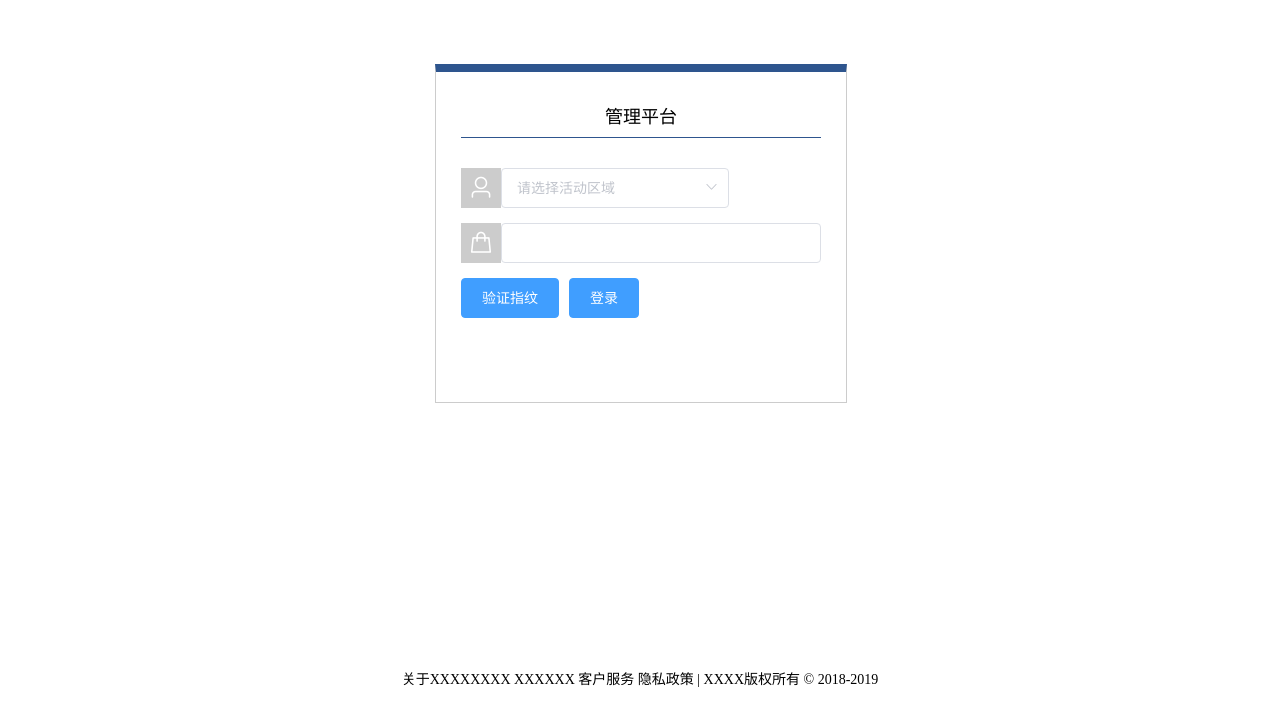
Repository: lff528/man_system
Page: /
An editor plug-in stored every save of this project. The page is shown before and after the next save, followed by the edit.
The browser window is 1280 px wide. The pictures show the whole page.
The project was rebuilt for these pictures with package versions that can differ from the ones it lists, and the page was loaded fresh each time.

Above is the page before, as saved 2020-01-03 13:36:02.

### index.html
<!DOCTYPE html>
<html>
  <head>
    <meta charset="utf-8">
    <meta name="viewport" content="width=device-width,initial-scale=1.0">
    <title>emcsWebUI</title>
  </head>
  <body>
    <div id="app"></div>
    <!-- built files will be auto injected -->
  </body>
</html>

### src/main.js
// The Vue build version to load with the `import` command
// (runtime-only or standalone) has been set in webpack.base.conf with an alias.
import Vue from 'vue'
import App from './App'
import router from './router'
import ElementUI from 'element-ui';
import 'element-ui/lib/theme-chalk/index.css';
import "./assets/css/reset.css";
// import "./assets/css/iconfont.css"
Vue.use(ElementUI);
Vue.config.productionTip = false

/* eslint-disable no-new */
new Vue({
  el: '#app',
  router,
  components: { App },
  template: '<App/>'
})

### src/router/index.js
import Vue from 'vue'
import Router from 'vue-router'
import login from '@/components/login'
import routers from "../until/router"


Vue.use(Router)

let routerAll = {
  routes: [
    {
      path: '/',
      name: 'login',
      component: login
    },
    {
      path: '/main',
      name: 'main',
      component: resolve => require(['@/view/main'], resolve),
      children:[{
        path: '/',
        name: 'shouye',
        component: resolve => require(['@/view/main/shouye'], resolve),
      },
      {
        path: '/quanzhanzonglan',
        name: 'quanzhanzonglan',
        component: resolve => require(['@/view/footerNav/quanzhanzonglan'], resolve),
      },
      {
        path: '/quanzhanbaowen',
        name: 'quanzhanbaowen',
        component: resolve => require(['@/view/footerNav/quanzhanbaowen'], resolve),
      },
      {
        path: '/yuexianxinxi',
        name: 'yuexianxinxi',
        component: resolve => require(['@/view/footerNav/yuexianxinxi'], resolve),
      },
      {
        path: '/yichangshebei',
        name: 'yichangshebei',
        component: resolve => require(['@/view/footerNav/yichangshebei'], resolve),
      },
    ]
    }
  ]
}
routers.forEach((item=>{
  if(item.children){


  item.children.forEach((itemA)=>{
    routerAll.routes[1].children.push({
      path: itemA.path,
      name: itemA.name,
      component: itemA.component,
    })
  })
}
}))

// console.log(routerAll.routes[1].children)
const router = new Router(routerAll)


export default router

### src/assets/css/reset.css
html{
	color:#000;
	background:#FFF;
}
body, div, dl, dt, dd, ul, ol, li,h1, h2, h3, h4, h5, h6, pre, code,form, fieldset, legend, input, button,textarea, p, blockquote, th, td {
	margin: 0;
	padding: 0;
	font-size: 14px;
}
html,body{
	height: 100%;
	background-color: #0b2b4a;
}
fieldset, img{
	border:0;
}
input,select,textarea{
	outline:none;
}
textarea{
	resize:none;
}
a{
	text-decoration:none;
}
table {
	border-collapse:collapse;
	border-spacing:0;
}
address,
caption,
cite,
code,
dfn,
em,
strong,
th,
var {
	font-style:normal;
	font-weight:normal;
}

ol,
ul {
	list-style:none;
}
/*版心*/
.w {
	width: 1170px;
	margin: 0 auto;
}

/* 万能清除浮动*/
.clearfix{
	zoom:1;
}
.clearfix:after{
    content: '';
    display:block;
    clear:both;
}

.left {
	float: left;
}

.right {
	float: right;
}

### src/components/login/index.vue
<template>
  <div class="login">
     <div class="login_header" :style="{height:curHeight+'px'}">
       <div class="main">
           <p class="main_title">管理平台</p>
          <div class="from_box">
              <p>
                <span class="el-icon-user"></span>
                <el-select v-model="form.name" placeholder="请选择活动区域">
                  <el-option label="区域一" value="shanghai"></el-option>
                  <el-option label="区域二" value="beijing"></el-option>
                </el-select>
              </p>
              <p>
                <span class="el-icon-goods" style="width:45px"></span>
                <el-input v-model="form.password"></el-input>
              </p>
              <p>
                 <el-button type="primary"  @click="onSubmit">验证指纹</el-button>
                  <el-button type="primary" @click="onSubmit">登录</el-button>
              </p>
          </div>
       </div>

     </div>
     <p class="login_footer">关于XXXXXXXX XXXXXX 客户服务 隐私政策 | XXXX版权所有 © 2018-2019</p>
  </div>
</template>

<script>
export default {
  name: 'login',
  data () {
    return {
      curHeight:'',
      form:{
        name:'',
        password:''
      }
    }
  },
  methods:{
    onSubmit(){
      this.$router.push('/main');

    }
  },
  beforeMount(height) {
      var h = document.documentElement.clientHeight || document.body.clientHeight;
      this.curHeight =h - 80; //减去页面上固定高度height
  },
}
</script>

<!-- Add "scoped" attribute to limit CSS to this component only -->
<style >
  .el-input__inner{
                border-radius: 0;
              }

</style>
<style scoped lang="less">

  .login{
      .login_header{
        background: white;
        .main{
          width: 360px;
          height: 280px;
          border: 1px solid #ccc;
          position: relative;
          left: 50%;
          margin-left: -205px;
          top: 10%;
          padding: 25px;
          background: white;
          border-top: 8px solid #2e558e;
          .main_title{
            height: 40px;
            text-align: center;
            line-height: 40px;
            border-bottom: 1px solid #2e558e;
            font-size: 18px;
            font-family: "\5FAE\8F6F\96C5\9ED1"
          }
          .from_box{
            p{
              margin-top: 15px;
              display: flex;
              span:first-child{
                display: inline-block;
                width: 40px;
                height: 40px;
                background: #ccc;
                font-size: 25px;
                line-height: 40px;
                text-align: center;
                color: white;
              }

            }
            p:first-child{
              margin-top: 30px;
            }
          }
        }
      }
      .login_footer{
        height: 80px;
        line-height: 80px;
        text-align: center;
        background: white;
      }
  }
</style>

### src/until/router.js
let routers = [

    {
        title:"消防系统",
        icon:"el-icon-menu",
        children:[
            {
              icon:"el-icon-menu",
                path: '/xiaofangjiankong',
                name: 'xiaofangjiankong',
                component: resolve => require(['@/view/xiaofang/xiaofangjiankong'], resolve),
                title:'消防监控'
              },
              {
                path: '/huozaibaojing',
                name: 'huozaibaojing',
                component: resolve => require(['@/view/xiaofang/huozaibaojing'], resolve),
                title:'火灾报警系统'
              },
              {
                path: '/qitimiehuo',
                name: 'qitimiehuo',
                component: resolve => require(['@/view/xiaofang/qitimiehuo'], resolve),
                title:'气体灭火系统'
              },
              {
                path: '/xiaohuoshuan',
                name: 'xiaohuoshuan',
                component: resolve => require(['@/view/xiaofang/xiaohuoshuan'], resolve),
                title:'消火栓系统'
              },
              {
                path: '/miehuoqipeizhi',
                name: 'miehuoqipeizhi',
                component: resolve => require(['@/view/xiaofang/miehuoqipeizhi'], resolve),
                title:'灭火器配置'
              },
              {
                path: '/yingjizhaoming',
                name: 'yingjizhaoming',
                component: resolve => require(['@/view/xiaofang/yingjizhaoming'], resolve),
                title:'应急照明及疏散指示灯系统'
              },
              {
                path: '/paizhuzhudan',
                name: 'paizhuzhudan',
                component: resolve => require(['@/view/xiaofang/paizhuzhudan'], resolve),
                title:'变压器排油注氮'
              },
              {
                path: '/shuipenwumiehuo',
                name: 'shuipenwumiehuo',
                component: resolve => require(['@/view/xiaofang/shuipenwumiehuo'], resolve),
                title:'变压器水喷雾灭火'
              }
        ]
    },
    {
        title:"安全防范",
        icon:"el-icon-menu",
        children:[
            {
                path: '/anquanfangfan',
                name: 'anquanfangfan',
                component: resolve => require(['@/view/anquanfangfan/anquanfangfan'], resolve),
                title:'安全防范系统'
              },
              {
                path: '/binadianzhanZj',
                name: 'binadianzhanZj',
                component: resolve => require(['@/view/anquanfangfan/binadianzhanZj'], resolve),
                title:'变电站周界系统'
              },
              {
                path: '/shineihongwaiSj',
                name: 'shineihongwaiSj',
                component: resolve => require(['@/view/anquanfangfan/shineihongwaiSj'], resolve),
                title:'室内红外双鉴系统'
              },
              {
                path: '/menjinkongzhi',
                name: 'menjinkongzhi',
                component: resolve => require(['@/view/anquanfangfan/menjinkongzhi'], resolve),
                title:'门禁控制系统'
              },
              {
                path: '/menjinjilu',
                name: 'menjinjilu',
                component: resolve => require(['@/view/anquanfangfan/menjinjilu'], resolve),
                title:'门禁记录系统'
              },

        ]
    },
    {
      title:"在线监测",
      icon:"el-icon-menu",
      children:[
          {
              path: '/zaixianjiance',
              name: 'zaixianjiance',
              component: resolve => require(['@/view/zaixianjiance/zaixianjiance'], resolve),
              title:'在线监测主界面'
            },
            {
              path: '/yousepu',
              name: 'yousepu',
              component: resolve => require(['@/view/zaixianjiance/yousepu'], resolve),
              title:'油色谱在线监测'
            },
            {
              path: '/zhubianjufang',
              name: 'zhubianjufang',
              component: resolve => require(['@/view/zaixianjiance/zhubianjufang'], resolve),
              title:'主变局放在线监测'
            },
            {
              path: '/GISjufang',
              name: 'GISjufang',
              component: resolve => require(['@/view/zaixianjiance/GISjufang'], resolve),
              title:'GIS局放在线监测'
            },
            {
              path: '/bileiqi',
              name: 'bileiqi',
              component: resolve => require(['@/view/zaixianjiance/bileiqi'], resolve),
              title:'避雷器在线监测'
            },
            {
              path: '/GISqishi',
              name: 'GISqishi',
              component: resolve => require(['@/view/zaixianjiance/GISqishi'], resolve),
              title:'GIS气室SF6压力监测'
            },
            {
              path: '/shineiSF6qiti',
              name: 'shineiSF6qiti',
              component: resolve => require(['@/view/zaixianjiance/shineiSF6qiti'], resolve),
              title:'室内SF6气体泄漏监测'
            },

      ]
    },
    {
      title:"给排水系统",
      icon:"el-icon-menu",
      children:[
          {
              path: '/jipaishui',
              name: 'jipaishui',
              component: resolve => require(['@/view/jipaishui/jipaishui'], resolve),
              title:'给排水系统主界面'
            },
            {
              path: '/jishui',
              name: 'jishui',
              component: resolve => require(['@/view/jipaishui/jishui'], resolve),
              title:'给水系统'
            },
            {
              path: '/paishui',
              name: 'paishui',
              component: resolve => require(['@/view/jipaishui/paishui'], resolve),
              title:'排水系统'
            },
            {
              path: '/yuzhishezhi',
              name: 'yuzhishezhi',
              component: resolve => require(['@/view/jipaishui/yuzhishezhi'], resolve),
              title:'阈值设置'
            },
      ]
    },
    {
      title:"环境监控",
      icon:"el-icon-menu",
      children:[
          {
              path: '/huanjingjiankong',
              name: 'huanjingjiankong',
              component: resolve => require(['@/view/huanjingjiankong/huanjingjiankong'], resolve),
              title:'环境监控系统'
            },
            {
              path: '/kongtiaonuantong',
              name: 'kongtiaonuantong',
              component: resolve => require(['@/view/huanjingjiankong/kongtiaonuantong'], resolve),
              title:'空调暖通系统'
            },
            {
              path: '/shengchanzonghelou',
              name: 'shengchanzonghelou',
              component: resolve => require(['@/view/huanjingjiankong/shengchanzonghelou'], resolve),
              title:'生产综合楼'
            },
            {
              path: '/zhanquqixiang',
              name: 'zhanquqixiang',
              component: resolve => require(['@/view/huanjingjiankong/zhanquqixiang'], resolve),
              title:'站区气象'
            },

      ]
    },
    {
      title:"照明控制",
      icon:"el-icon-menu",
      children:[
          {
              path: '/zhaomingkongzhi',
              name: 'zhaomingkongzhi',
              component: resolve => require(['@/view/zhaomingkongzhi/zhaomingkongzhi'], resolve),
              title:'照明控制系统'
            },
            {
              path: '/shengchanzonghelou',
              name: 'shengchanzonghelou',
              component: resolve => require(['@/view/zhaomingkongzhi/shengchanzonghelou'], resolve),
              title:'生产综合楼系统'
            },
      ]
    },
    {
      title:"智能联动",
      icon:"el-icon-menu",
      children:[
          {
              path: '/liandongpeizhi',
              name: 'liandongpeizhi',
              component: resolve => require(['@/view/zhinengliandong/liandongpeizhi'], resolve),
              title:'联动配置'
            },
            {
              path: '/liandongxinxi',
              name: 'liandongxinxi',
              component: resolve => require(['@/view/zhinengliandong/liandongxinxi'], resolve),
              title:'联动信息'
            },
      ]
    },
    {
      title:"智能锁控",
      icon:"el-icon-menu",
      children:[
          {
            path: '/zhinengsuokong',
            name: 'zhinengsuokong',
            component: resolve => require(['@/view/zhinengsuokong/zhinengsuokong'], resolve),
            title:'智能锁控首页'
          },
          {
            path: '/renwushouquan',
            name: 'renwushouquan',
            component: resolve => require(['@/view/zhinengsuokong/renwushouquan'], resolve),
            title:'任务授权'
          },
          {
            path: '/lishichaxun',
            name: 'lishichaxun',
            component: resolve => require(['@/view/zhinengsuokong/lishichaxun'], resolve),
            title:'历史查询'
          },
          {
            path: '/suokongquanxianshezhi',
            name: 'suokongquanxianshezhi',
            component: resolve => require(['@/view/zhinengsuokong/suokongquanxianshezhi'], resolve),
            title:'锁控权限设置'
          }
      ]
    },
    {
      title:"系统配置",
      icon:"el-icon-menu",
      children:[
          {
            path: '/yonghuguanli',
            name: 'yonghuguanli',
            component: resolve => require(['@/view/xitongpeizhi/yonghuguanli'], resolve),
            title:'用户管理'
          },
          {
            path: '/caidanguanli',
            name: 'caidanguanli',
            component: resolve => require(['@/view/xitongpeizhi/caidanguanli'], resolve),
            title:'菜单管理'
          },
          {
            path: '/jueseguanli',
            name: 'jueseguanli',
            component: resolve => require(['@/view/xitongpeizhi/jueseguanli'], resolve),
            title:'角色管理'
          },
          {
            path: '/zuzhijiagou',
            name: 'zuzhijiagou',
            component: resolve => require(['@/view/xitongpeizhi/zuzhijiagou'], resolve),
            title:'组织架构管理'
          },
          {
            path: '/zhanduanweihu',
            name: 'zhanduanweihu',
            component: resolve => require(['@/view/xitongpeizhi/zhanduanweihu'], resolve),
            title:'站端维护'
          },
          {
            path: '/quyuguanli',
            name: 'quyuguanli',
            component: resolve => require(['@/view/xitongpeizhi/quyuguanli'], resolve),
            title:'区域管理'
          },
          {
            path: '/shebeiguanli',
            name: 'shebeiguanli',
            component: resolve => require(['@/view/xitongpeizhi/shebeiguanli'], resolve),
            title:'设备管理'
          },
          {
            path: '/shebeishujumoban',
            name: 'shebeishujumoban',
            component: resolve => require(['@/view/xitongpeizhi/shebeishujumoban'], resolve),
            title:'设备数据模板配置'
          },
          {
            path: '/shebeibushu',
            name: 'shebeibushu',
            component: resolve => require(['@/view/xitongpeizhi/shebeibushu'], resolve),
            title:'设备部署'
          },
          {
            path: '/xitongshezhi',
            name: 'xitongshezhi',
            component: resolve => require(['@/view/xitongpeizhi/xitongshezhi'], resolve),
            title:'系统设置'
          }
      ]
    }
]
export default routers

Loaded but not shown: src/App.vue (common file)

After the next save:
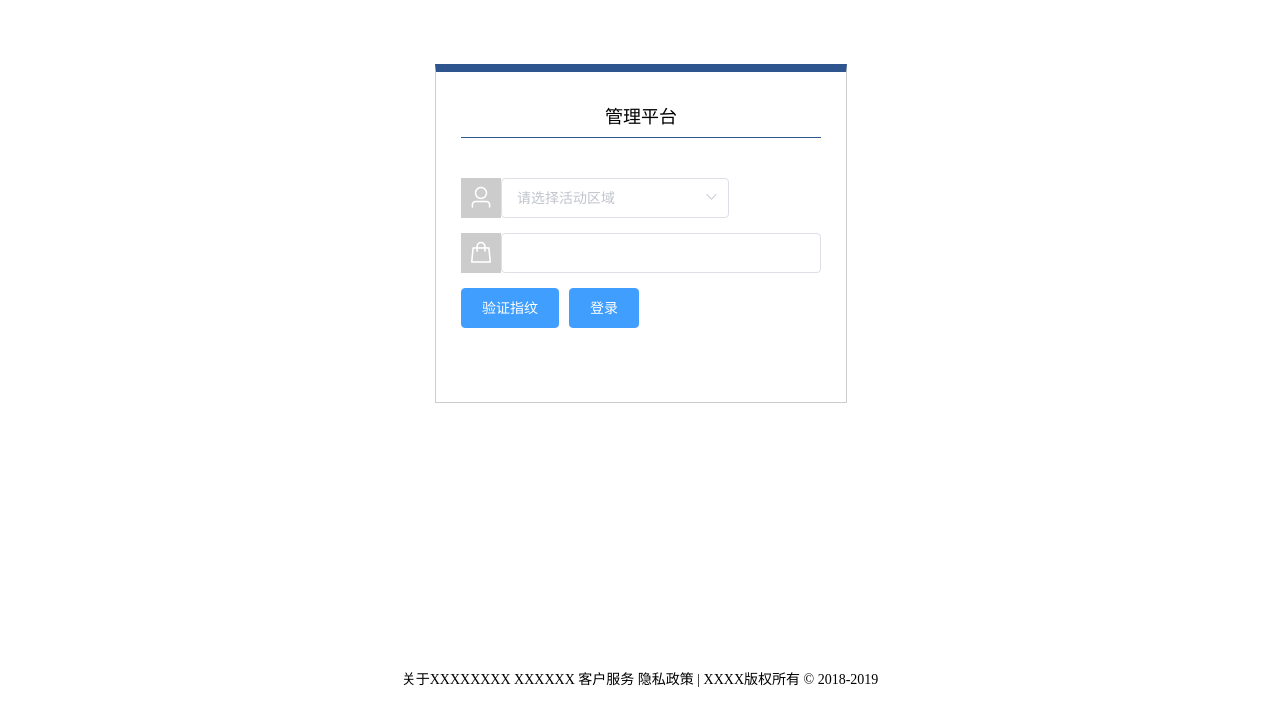
Saved 10 s later.
--- a/src/components/login/index.vue
+++ b/src/components/login/index.vue
@@ -100,7 +100,7 @@ export default {
 
             }
             p:first-child{
-              margin-top: 30px;
+              margin-top: 40px;
             }
           }
         }
